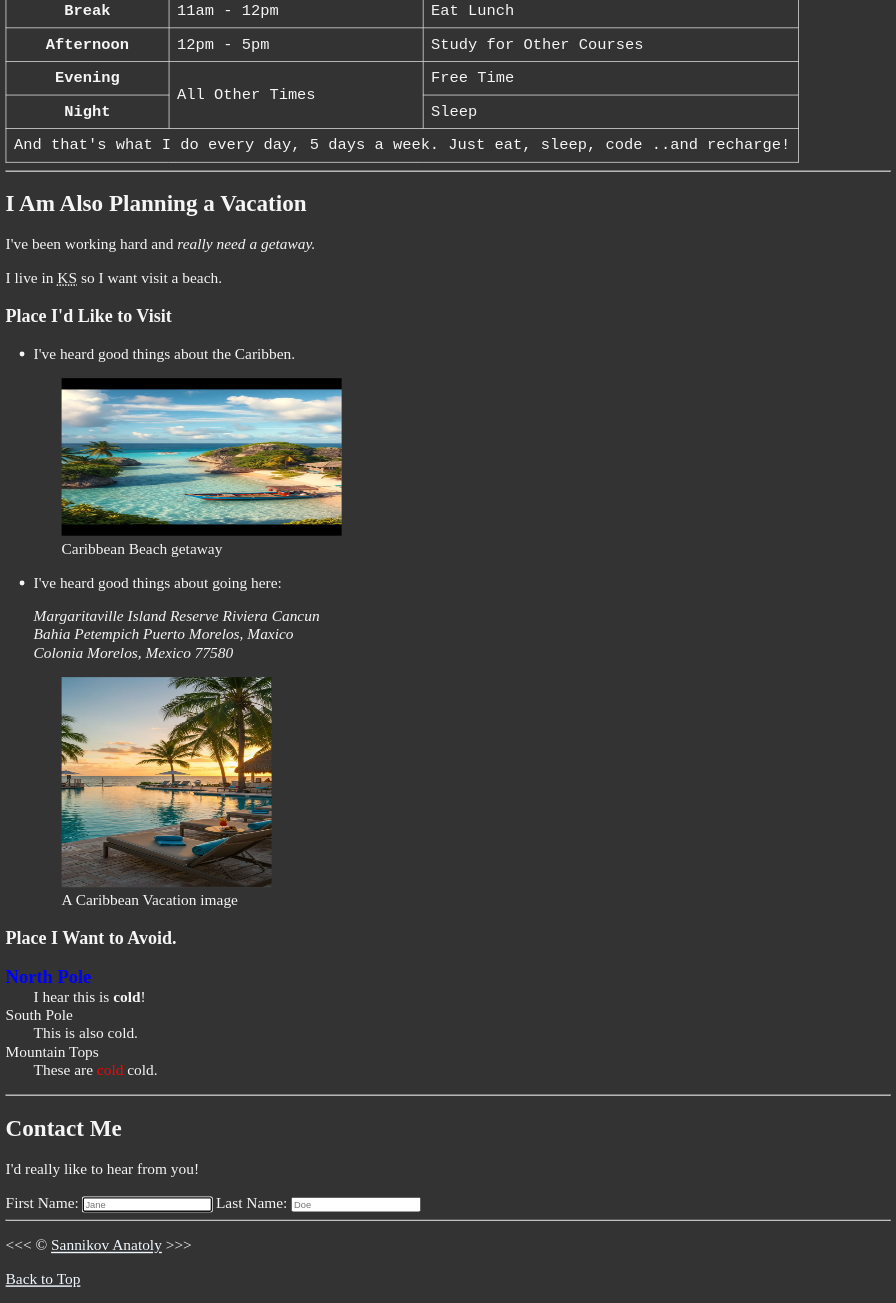
Repository: sannikovcode/exercises-a1
Page: JS/test1/task3/index.html
An editor plug-in stored every save of this project. The page is shown before and after the next save, followed by the edit.
The browser window is 1280 px wide. The pictures show the part of the page from y = 1276 to 3196 px (the page is 3137 px tall before and 3196 px after), at 70% of full size.

Above is the page before, as saved 2025-10-15 09:32:33.

### JS/test1/task3/index.html
<!DOCTYPE html>
<html lang="en">

<head>
  <meta charset="UTF-8">
  <meta name="author" content="Anatoly">
  <meta name="description" content="This page contains all the things. I am learning how to create as I learn HTML.">

  <title>First web page</title>

  <link rel="icon" href="html5.png" type="image/x-icon">
  <link rel="stylesheet" href="main.css" type="text/css">
</head>

<body>
  <header>
    <h1>My Goals for the Year</h1>

    <ol aria-label="primary-navigation">
      <li><a href="#html">Learn HTML</a></li>
      <li><a href="#vacation">Planning a Vacation </a></li>
      <li><a href="#contact">Contact Me </a></li>
    </ol>
  </header>
  <!-- ffasfasdfasdfafsdsfs -->

  <hr>
  <main>
    <article id="html">
      <h2>I'm Ready to Learn HTML</h2>
      <p>This is my first web page.</p>
      <section>
        <h3>HTML5</h3>
        <img src="img/html-logo.jpg" alt="HTML5 Logo" title="I am learning HTML5" width="300" height="300">
        <figure>
          <figcaption>An Example of HTML5 code</figcaption>
          <p>
            <code>&lt;h1&gt;Hello World!&lt;/h1&gt;</code>
          </p>
        </figure>
      </section>
      <section>
        <h3>My Daily Schedule</h3>
        <p>Let me tell you how:</p>
        <ol>
          <li>... I learn more about web dev.</li>
          <li>... I plan out my schedule.</li>
          <li>
            ... I use resources from
            <abbr title="Mozilla Developer Network">
              <a href="https://developer.mozilla.org/">MDN</a> </abbr>.
          </li>
        </ol>
        <aside>
          <details>
            <summary>Guess the <mark>number of hours</mark> I code per day</summary>
            <p>I start at <time datetime="08:00">8 am</time> and
              I write code for <time datetime="PT3H">3 hours</time> every morning</p>
          </details>
        </aside>
        <br>
        <br>
        <table>
          <caption>My Daily Schedule</caption>
          <thead>
            <tr>
              <th>&nbsp;</th>
              <th id="time" scope="col">Time</th>
              <th id="activity" scope="col">Activiry</th>
            </tr>
          </thead>
          <tbody>
            <tr>
              <th id="morning" scope="row">Morning</th>
              <td>
                <time datetime="08:00">8am</time> -
                <time datetime="11:00">11am</time>
              </td>
              <td>Write Code</td>
            </tr>
            <tr>
              <th id="break" scope="row">Break</th>
              <td>
                <time datetime="11:00">11am</time> -
                <time datetime="12:00">12pm</time>
              </td>
              <td>Eat Lunch</td>
            </tr>
            <tr>
              <th id="afternoon" scope="row">Afternoon</th>
              <td>
                <time datetime="12:00">12pm</time> -
                <time datetime="17:00">5pm</time>
              </td>
              <td>Study for Other Courses</td>
            </tr>
            <tr>
              <th id="evening" scope="row">Evening</th>
              <td rowspan="2">All Other Times</td>
              <td>Free Time</td>
            </tr>
            <tr>
              <th id="night" scope="row">Night</th>
              <td>Sleep</td>
            </tr>
          </tbody>
          <tfoot>
            <tr>
              <td colspan="3">And that's what I do every day,
                5 days a week. Just eat, sleep, code ..and
                recharge!
              </td>
            </tr>
          </tfoot>
        </table>



      </section>
    </article>

    <hr>
    <article id="Vacation">
      <h2>I Am Also Planning a Vacation</h2>
      <p>I've been working hard and <em>really need a getaway.</em></p>
      <p>I live in <abbr title="Kansas">KS</abbr> so I want visit a beach.</p>

      <section>
        <h3>Place I'd Like to Visit</h3>
        <ul>
          <li>
            <p>I've heard good things about the Caribben.</p>
            <figure>
              <img src="img/caribbean.jpg" alt="caribbean beach" title="I want to visit a caribbean" width="400"
                height="225" loading="lazy">
              <figcaption>Caribbean Beach getaway</figcaption>
            </figure>
          </li>
          <li>
            <p>I've heard good things about going here:</p>
            <address>
              Margaritaville Island Reserve Riviera Cancun<br>
              Bahia Petempich Puerto Morelos, Maxico<br>
              Colonia Morelos, Mexico 77580
            </address>

            <figure>
              <img src="img/vocation.jpg" alt="Cancun Vacation" title="I want a vacation" width="300" height="300"
                loading="lazy">
              <figcaption>
                A Caribbean Vacation image
              </figcaption>
            </figure>

          </li>
        </ul>
      </section>

      <!--TODO: Add more places-->


      <section>

        <h3>Place I Want to Avoid.</h3>
        <dl>
          <dt><span class="North">North Pole</span></dt>
          <dd>I hear this is <strong>cold</strong>!</dd>

          <dt>South Pole</dt>
          <dd>This is also cold.</dd>
          <dt>Mountain Tops</dt>
          <dd>These are <span style="color: red;">cold</span> cold.</dd>
        </dl>
      </section>
    </article>

    <hr>
    <article id="contact">
      <h2>Contact Me</h2>
      <p>I'd really like to hear from you!</p>

      <form action="https://httpbin.org/get" method="get">
        <label for="firstName">First Name:</label>
        <input type="text" name="first" id="firstName" placeholder="Jane" autocomplete="on" required autofocus>
        <label for="lastName">Last Name:</label>
        <input type="text" name="first" id="lastName" placeholder="Doe" autocomplete="on" required>
      </form>

    </article>
  </main>

  <hr>

  <footer>
    <p>
      &lt;&lt;&lt; &copy; <a href="about.html">Sannikov Anatoly</a> &gt;&gt;&gt;
    </p>

    <p>
      <a href="#">Back to Top</a>
    </p>
  </footer>

</body>

</html>

### JS/test1/task3/main.css
html {
  font-size: 22px;
}

body {
  background-color: #333;
  color: whitesmoke;
}

a {
  color: aliceblue;
}

a:visited {
  color: lightgray;
}

a:hover,
a:active {
  color: #eee;
}

/*================ Мои эксперементы ================== */
  .North {
    color: blue;
    font-weight: bold;
    font-size: 1.2em;
}

/*======== Из видео продолжение ============*/

table, tr, th, td, caption {
        border: 1px solid #eee;
        font-family: 'Courier New', Courier, monospace;
        border-collapse: collapse;
        padding: 0.5rem;
}

After the next save:
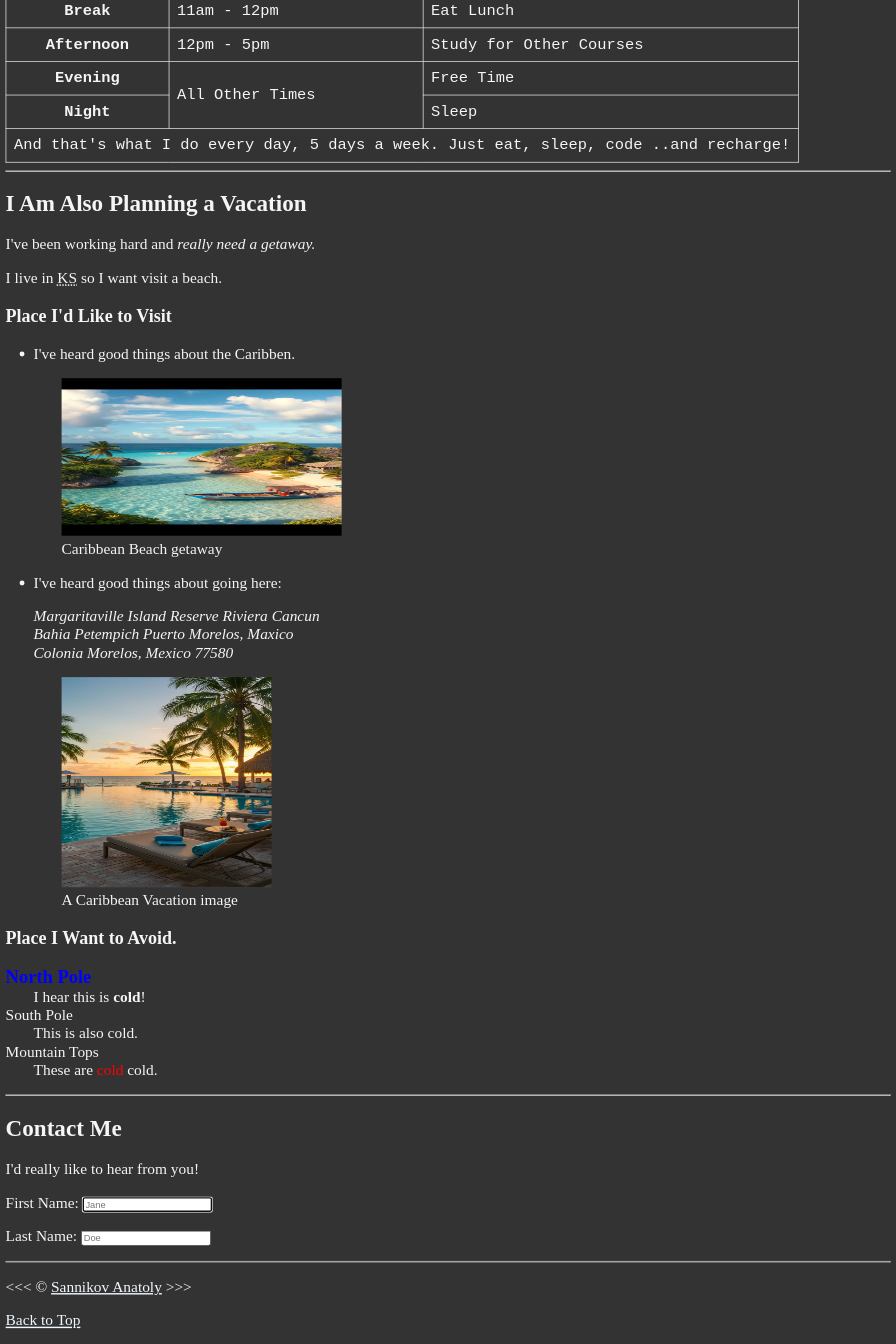
Saved 109 s later.
--- a/JS/test1/task3/index.html
+++ b/JS/test1/task3/index.html
@@ -179,11 +179,15 @@
       <h2>Contact Me</h2>
       <p>I'd really like to hear from you!</p>
 
+      <p>
       <form action="https://httpbin.org/get" method="get">
         <label for="firstName">First Name:</label>
         <input type="text" name="first" id="firstName" placeholder="Jane" autocomplete="on" required autofocus>
-        <label for="lastName">Last Name:</label>
-        <input type="text" name="first" id="lastName" placeholder="Doe" autocomplete="on" required>
+        </p>
+        <p>
+          <label for="lastName">Last Name:</label>
+          <input type="text" name="first" id="lastName" placeholder="Doe" autocomplete="on" required>
+        </p>
       </form>
 
     </article>
